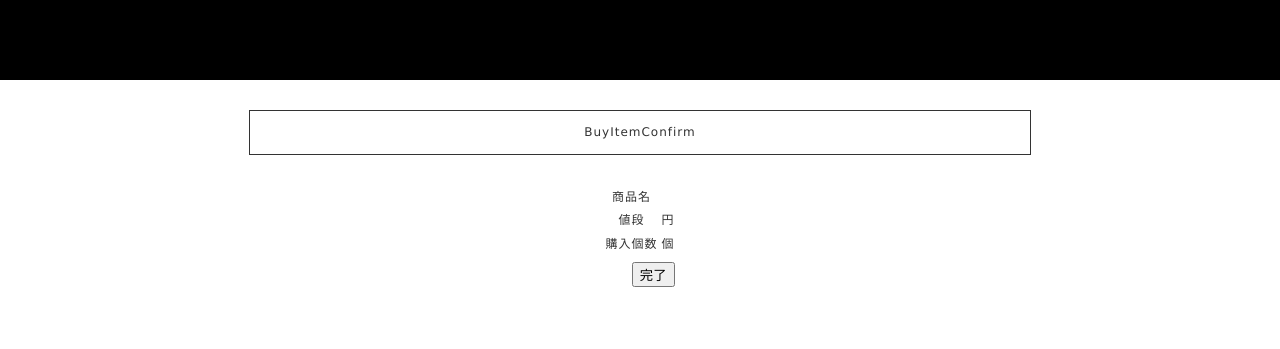
Repository: kosugisyunki/test
Page: http://localhost/template/buyItemConfirm.jsp
An editor plug-in stored every save of this project. The page is shown before and after the next save, followed by the edit.
The browser window is 1280 px wide. The pictures show the whole page.
The page is served by Tomcat 9.

Above is the page before, as saved 2019-07-19 12:36:00.

After the next save:
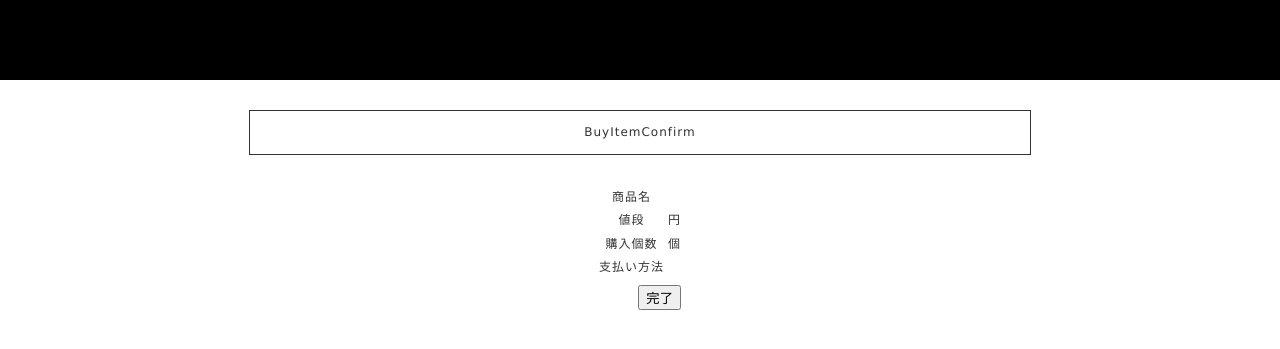
Saved 8 min 31 s later.
--- a/template/WebContent/buyItemConfirm.jsp
+++ b/template/WebContent/buyItemConfirm.jsp
@@ -84,6 +84,10 @@
 						</td>
 					</tr>
 					<tr>
+						<td>支払い方法</td>
+						<td><s:property value="session.pay"/></td>
+					</tr>
+					<tr>
 						<td><s:submit value="完了"/></td>
 					</tr>
 			</table>
